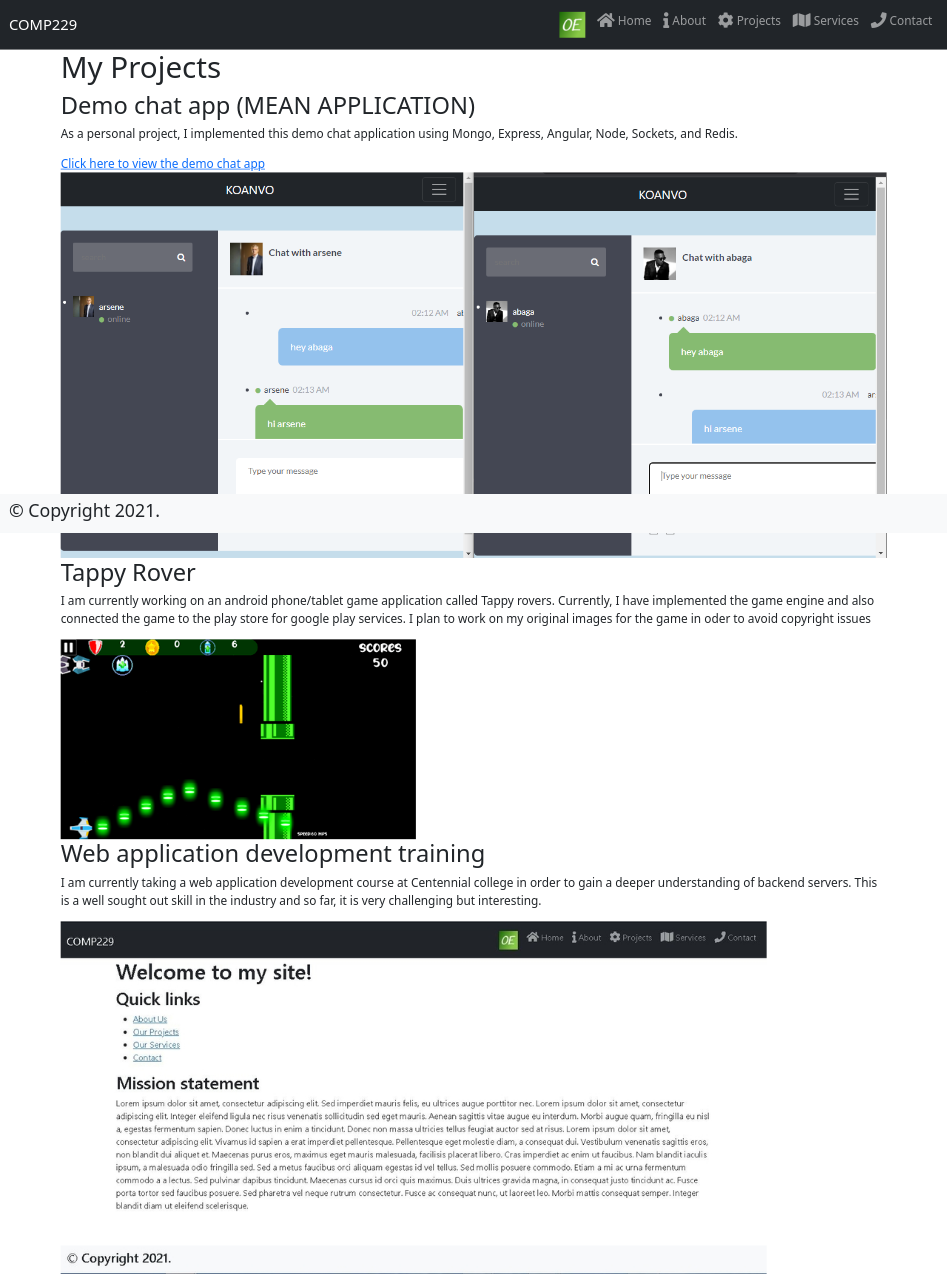
Repository: ofovweewere/Career-Portfolio
Page: http://localhost/projects
The author's editor kept a copy of each file at every save. The page is drawn from the files as they stood at one save, then again after the next save.
The browser window is 1280 px wide. The pictures show the whole page, at 74% of full size.
The page is served by the project's Node server (index.js). Other server files are loaded and not shown.

Above is the page before, as saved 2022-04-14 02:22:15.

### Server/Views/index.ejs
<!--File name: index.ejs,
  Student's name: Ofovwe Ewere
  Student's id: 301188196
  Date: June 4, 2021
-->
<!DOCTYPE html>
<html lang="en">
<head>
  <meta charset="UTF-8">
  <meta http-equiv="X-UA-Compatible" content="IE=edge">
  <meta name="viewport" content="width=device-width, initial-scale=1.0">
  <title><%= title %></title>
  <!--CSS Section -->
  <link rel="stylesheet" href="/bootstrap/dist/css/bootstrap.min.css">
  <link rel="stylesheet" href="/@fortawesome/fontawesome-free/css/all.min.css">
  <link rel="stylesheet" href="/Content/app.css">
</head>
<body>
  <!--Navigation Section-->
  <header>
    <%- include('./components/header.ejs') %>
  </header>

  <!--Main content-->
  <main>
    <%- include('./content/' +page +'.ejs') %>
  </main>

  <!--Bottom Nav-->
  <footer>
    <%- include('./components/footer.ejs') %>
  </footer>

  <!--Javascript Section-->
  <script src="/jquery/dist/jquery.min.js"></script>
  <script src="/bootstrap/dist/js/bootstrap.min.js"></script>
  <script src="/Scripts/app.js"></script>
</body>
</html>

### Server/Views/components/header.ejs
<!--File name: header.ejs,
  Student's name: Ofovwe Ewere
  Student's id: 301188196
  Date: June 4, 2021
-->
<nav class="navbar navbar-expand-lg navbar-dark bg-dark">
    <div class="container-fluid">
      <a class="navbar-brand" href="#">COMP229</a>
      <button class="navbar-toggler" type="button" data-bs-toggle="collapse" data-bs-target="#navbarSupportedContent" aria-controls="navbarSupportedContent" aria-expanded="false" aria-label="Toggle navigation">
        <span class="navbar-toggler-icon"></span>
      </button>
      <div class="collapse navbar-collapse" id="navbarSupportedContent">
        <ul class="navbar-nav ms-auto mb-2 mb-lg-0">
          <li class="nav-item">
            <a class="nav-link"  href="#"><img src="Assets/images/logo.png"></a>
          </li>

          <li class="nav-item">
            <a class="nav-link" href="/home"><i class="fas fa-home fa-lg"></i> Home</a>
          </li>

          <li class="nav-item">
            <a class="nav-link" href="/about"><i class="fas fa-info fa-lg"></i> About</a>
          </li>

          <li class="nav-item">
            <a class="nav-link" href="/projects"><i class="fas fa-cog fa-lg"></i> Projects</a>
          </li>

          <li class="nav-item">
            <a class="nav-link" href="/services"><i class="fas fa-map fa-lg"></i> Services</a>
          </li>

          <li class="nav-item">
            <a class="nav-link" href="/contact"><i class="fas fa-phone fa-lg"></i> Contact</a>
          </li>


        </ul>

      </div>
    </div>
  </nav>

### Server/Views/content/projects.ejs
<!--File name: projects.ejs,
  Student's name: Ofovwe Ewere
  Student's id: 301188196
  Date: June 4, 2021
-->
<div class="container">
    <h1>My Projects</h1>
    <h2>Demo chat app (MEAN APPLICATION)</h2>
    <p  style="border-bottom:0">As a personal project, I implemented this demo chat application using Mongo, Express, Angular, Node, Sockets, and Redis.
    </p>
    <a href="" style="margin-top:0">Click here to view the demo chat app</a>
    <div><img img src="Assets/images/chatApp.png" style="width:100%;"></div>

    <h2>Tappy Rover</h2>
    <p>I am currently working on an android phone/tablet game application called Tappy rovers. Currently, I have implemented the game engine and also connected the game to the play store for google play services. I plan to work on my original images for the game in oder to avoid copyright issues</p>
    <div><img img src="Assets/images/tappyrover.png"></div>



    <h2>Web application development training</h2>
    <p>I am currently taking a web application development course at Centennial college in order to gain a deeper understanding of backend servers. This is a well sought out skill in the industry and so far, it is very challenging but interesting. </p>
    <div><img img src="Assets/images/webapp.jpg"></div>
  </div>

### Server/Views/components/footer.ejs
<!--File name: footer.ejs,
  Student's name: Ofovwe Ewere
  Student's id: 301188196
  Date: June 4, 2021
-->
  <nav class="navbar fixed-bottom navbar-light bg-light">
    <div class="container-fluid">
      <h4>&copy; Copyright 2021.</h4>
    </div>
  </nav>

### index.js
#!/usr/bin/env node

/**
 * Module dependencies.
 *  File name: index.js,
    Student's name: Ofovwe Ewere
    Student's id: 301188196
    Date: June 4, 2021

 */
"use strict";
var __importDefault = (this && this.__importDefault) || function (mod) {
    return (mod && mod.__esModule) ? mod : { "default": mod };
};
Object.defineProperty(exports, "__esModule", { value: true });
const app_1 = __importDefault(require("./Server/Config/app"));
const debug_1 = __importDefault(require("debug"));
debug_1.default('week4:server');
const http_1 = __importDefault(require("http"));
let port = normalizePort(process.env.PORT || '3000');
app_1.default.set('port', port);
let server = http_1.default.createServer(app_1.default);
server.listen(port);
server.on('error', onError);
server.on('listening', onListening);
function normalizePort(val) {
    let port = parseInt(val, 10);
    if (isNaN(port)) {
        return val;
    }
    if (port >= 0) {
        return port;
    }
    return false;
}
function onError(error) {
    if (error.syscall !== 'listen') {
        throw error;
    }
    var bind = typeof port === 'string'
        ? 'Pipe ' + port
        : 'Port ' + port;
    switch (error.code) {
        case 'EACCES':
            console.error(bind + ' requires elevated privileges');
            process.exit(1);
            break;
        case 'EADDRINUSE':
            console.error(bind + ' is already in use');
            process.exit(1);
            break;
        default:
            throw error;
    }
}
function onListening() {
    let addr = server.address();
    let bind = typeof addr === 'string'
        ? 'pipe ' + addr
        : 'port ' + addr.port;
    debug_1.default('Listening on ' + bind);
}
//# sourceMappingURL=index.js.map

### Server/Routes/index.js
/**
 * Module dependencies.
 *  File name: index.js,
    Student's name: Ofovwe Ewere
    Student's id: 301188196
    Date: June 4, 2021

 */
"use strict";
var __importDefault = (this && this.__importDefault) || function (mod) {
    return (mod && mod.__esModule) ? mod : { "default": mod };
};
Object.defineProperty(exports, "__esModule", { value: true });
const express_1 = __importDefault(require("express"));
const router = express_1.default.Router();
exports.default = router;
router.get('/', function (req, res, next) {
    res.render('index', { title: 'Home', page: 'home' });
});
router.get('/home', function (req, res, next) {
    res.render('index', { title: 'Home', page: 'home' });
});
router.get('/about', function (req, res, next) {
    res.render('index', { title: 'About Me', page: 'about' });
});
router.get('/projects', function (req, res, next) {
    res.render('index', { title: 'My Projects', page: 'projects' });
});
router.get('/services', function (req, res, next) {
    res.render('index', { title: 'My Services', page: 'services' });
});
router.get('/contact', function (req, res, next) {
    res.render('index', { title: 'Contact Me', page: 'contact' });
});
//# sourceMappingURL=index.js.map

### Client/Content/app.css
/* your custom css goes here*/

### Client/Scripts/app.js
/**
 * Module dependencies.
 *  File name: app.js,
    Student's name: Ofovwe Ewere
    Student's id: 301188196
    Date: June 4, 2021

 */
"use strict";
(function () {
    function Start() {
        console.log("app started");
    }
    window.addEventListener("load", Start);
})();
//# sourceMappingURL=app.js.map

After the next save:
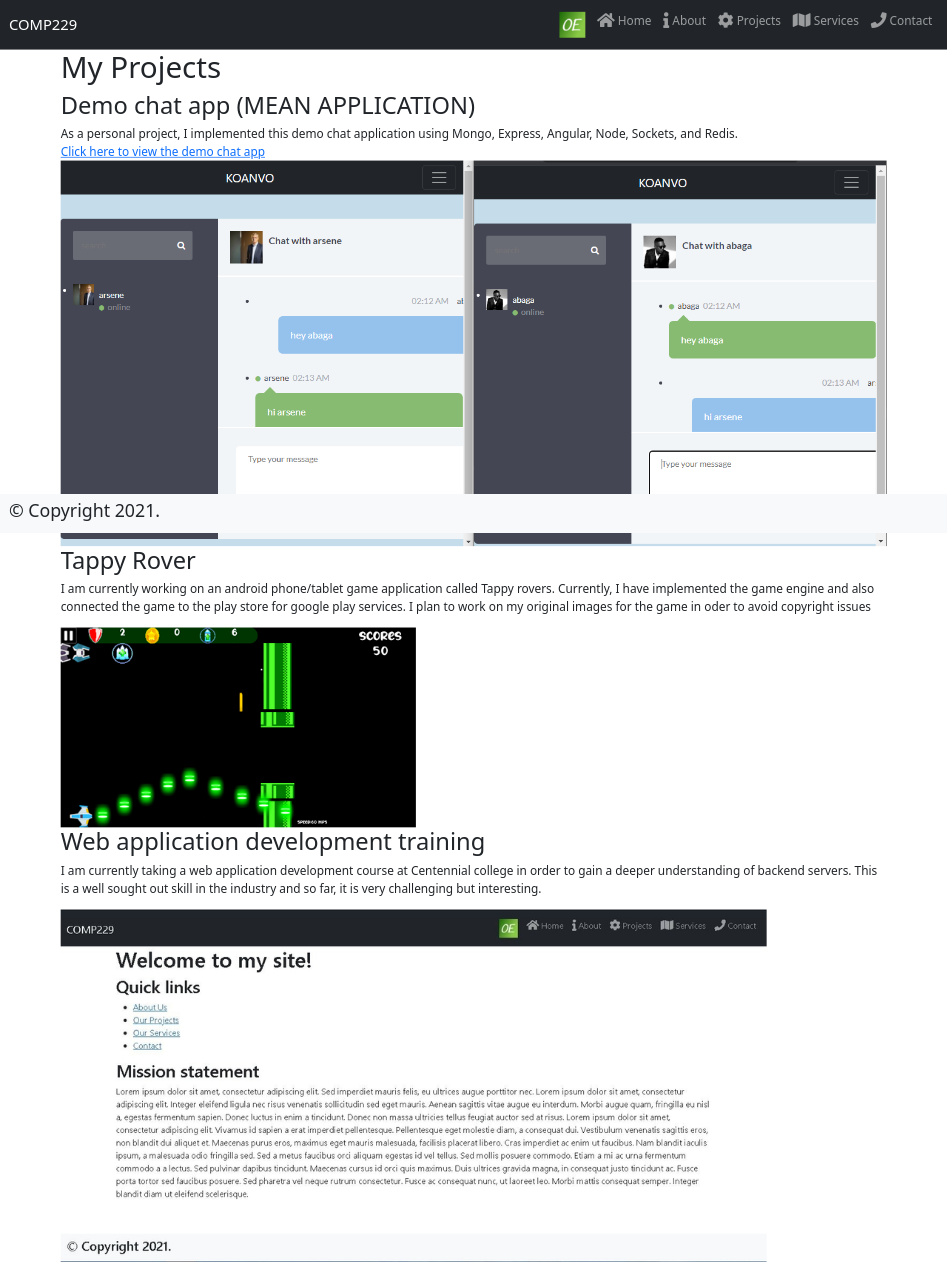
Saved 14 s later.
--- a/Server/Views/content/projects.ejs
+++ b/Server/Views/content/projects.ejs
@@ -6,7 +6,7 @@
 <div class="container">
     <h1>My Projects</h1>
     <h2>Demo chat app (MEAN APPLICATION)</h2>
-    <p  style="border-bottom:0">As a personal project, I implemented this demo chat application using Mongo, Express, Angular, Node, Sockets, and Redis.
+    <p  style="margin-bottom:0">As a personal project, I implemented this demo chat application using Mongo, Express, Angular, Node, Sockets, and Redis.
     </p>
     <a href="" style="margin-top:0">Click here to view the demo chat app</a>
     <div><img img src="Assets/images/chatApp.png" style="width:100%;"></div>
